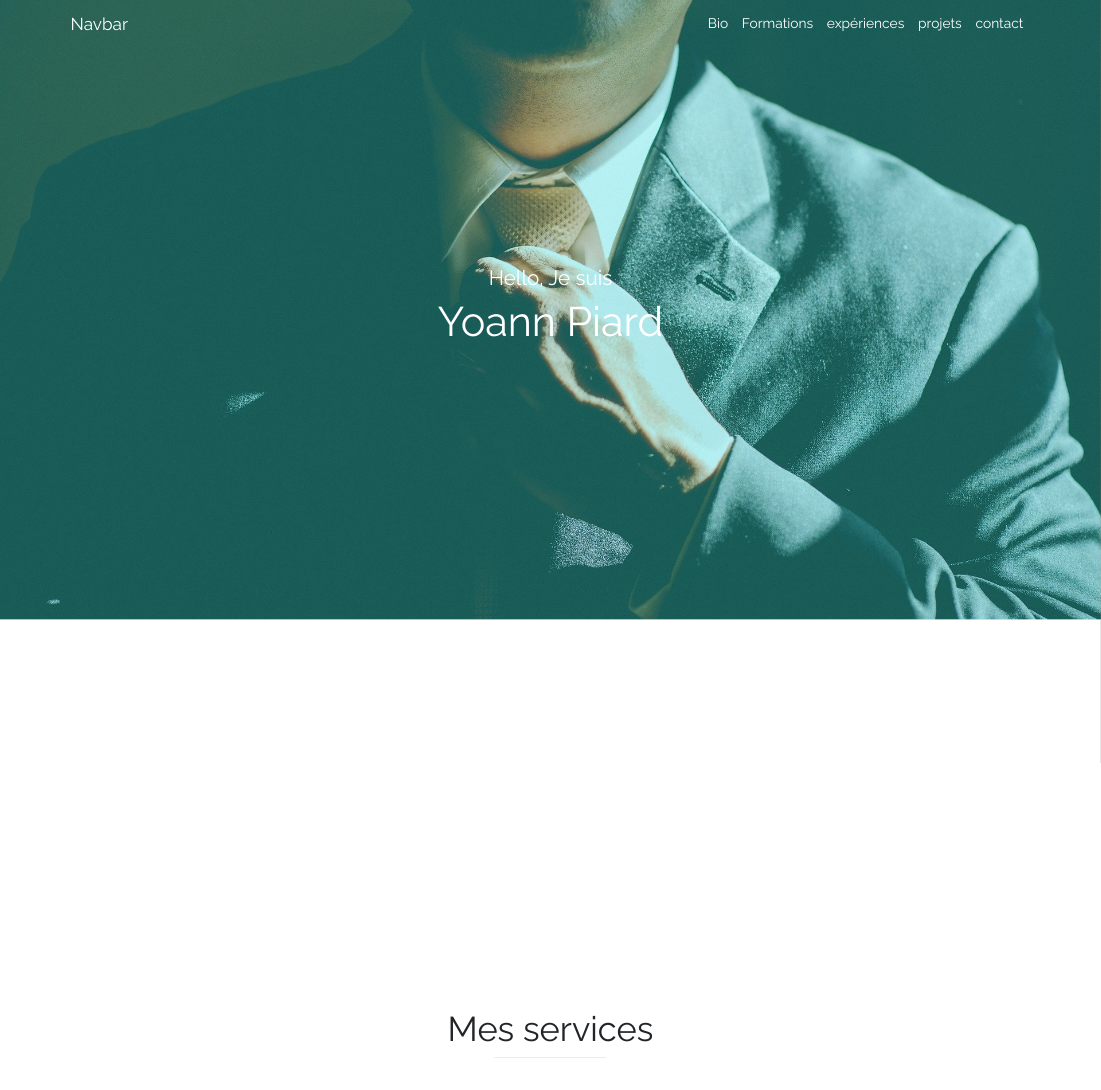
Repository: ypiard85/port-folio-bootstrap-yoann-2021
Page: index.html
An editor plug-in stored every save of this project. The page is shown before and after the next save, followed by the edit.
The browser window is 1280 px wide. The pictures show the whole page, at 86% of full size.

Above is the page before, as saved 2021-03-09 15:21:21.
Console error: TypeError: window.onload is not a function

### index.html
<!DOCTYPE html>
<html lang="en">
  <head>
    <meta charset="UTF-8" />
    <meta http-equiv="X-UA-Compatible" content="IE=edge" />
    <meta name="viewport" content="width=device-width, initial-scale=1.0" />
    <link rel="stylesheet" href="https://use.fontawesome.com/releases/v5.15.2/css/all.css" integrity="sha384-vSIIfh2YWi9wW0r9iZe7RJPrKwp6bG+s9QZMoITbCckVJqGCCRhc+ccxNcdpHuYu" crossorigin="anonymous">    <!-- CSS only -->
    <link rel="stylesheet" href="./resource/style.css" />
    <link
      href="https://cdn.jsdelivr.net/npm/bootstrap@5.0.0-beta2/dist/css/bootstrap.min.css"
      rel="stylesheet"
      integrity="sha384-BmbxuPwQa2lc/FVzBcNJ7UAyJxM6wuqIj61tLrc4wSX0szH/Ev+nYRRuWlolflfl"
      crossorigin="anonymous"
    />
    <title>Document</title>
  </head>
  <body>
    <nav class="navbar position-fixed w-100 navbar-expand-lg navbar-light">
      <div class="container">
        <a class="navbar-brand" href="#">Navbar</a>
        <button
          class="navbar-toggler"
          type="button"
          data-bs-toggle="collapse"
          data-bs-target="#navbarNav"
          aria-controls="navbarNav"
          aria-expanded="false"
          aria-label="Toggle navigation"
        >
          <span class="navbar-toggler-icon"></span>
        </button>
        <div class="collapse navbar-collapse" id="navbarNav">
          <ul class="navbar-nav">
            <li class="nav-item">
              <a class="nav-link active" aria-current="page" href="#bio">Bio</a>
            </li>
            <li class="nav-item">
              <a class="nav-link" href="#formation">Formations</a>
            </li>
            <li class="nav-item">
              <a class="nav-link" href="#experience">expériences</a>
            </li>
            <li class="nav-item">
              <a class="nav-link" href="#projet">projets</a>
            </li>
            <li class="nav-item">
              <a class="nav-link" href="#contact">contact</a>
            </li>
          </ul>
        </div>
      </div>
    </nav>

    <header
      class="container-fluid flex-column
          d-flex align-items-center justify-content-center"
    >
      <h4>Hello, Je suis</h4>
      <h1>Yoann Piard</h1>
    </header>

    <section class="about_me in container">
      <div class="about_card rounded shadow-lg">
        <div class="container">
          <div class="row">
            <div class="col-md-6  col-sm-12 p-3 p-sm-4 align-self-center">
              <h2 class="mb-4" >A propos de moi</h2>
              <p>
                Passionné par l'informatique depuis mon plus jeune âge, je me
                suis tout naturellement orienté vers dans le secteur du
                développement web et logiciel. Depuis 2019, je mets mon savoir
                auprès d'associations et entreprises, les aidant à augmenter
                leurs visibilités sur internet. Aujourd'hui, je cherche à
                intégrer une entreprise afin de travailler sur des projets
                concrets et de monter en compétence.
              </p>
              <ul class="d-flex">
                  <li><a href=""><i class="fab fa-instagram"></i></a></li>
                  <li><a href=""><i class="fab fa-linkedin-in"></i></a></li>
                  <li><a href=""><i class="fab fa-github"></i></a></li>
              </ul>
            </div>
            <div class="col-md-6 col-sm-12 p-3 p-sm-5 d-none d-md-block">
              <img class="img-fluid img-thumbnail" src="./resource/image/yoann_piard.png" alt="" />
            </div>
          </div>
        </div>
      </div>
    </section>

    <section class="my_work">
        <div class="container">
            <h1 class="ttile_section text-center mb-5">Mes services</h1>
        </div>
    </section>

    <!-- JavaScript Bundle with Popper -->
    <script
      src="https://cdn.jsdelivr.net/npm/bootstrap@5.0.0-beta2/dist/js/bootstrap.bundle.min.js"
      integrity="sha384-b5kHyXgcpbZJO/tY9Ul7kGkf1S0CWuKcCD38l8YkeH8z8QjE0GmW1gYU5S9FOnJ0"
      crossorigin="anonymous"
    ></script>
    <script src="https://unpkg.com/scrollreveal"></script>
    <script src="./resource/scrollreveal.js"></script>
    <script src="./resource/app.js"></script>
    <script>window.onload(scrollEffect()) </script>
  </body>
</html>

### resource/style.css
@import url('https://fonts.googleapis.com/css2?family=Raleway&display=swap');

*{
    transition: 0.3s;
}

body{
    font-family: 'Raleway', sans-serif!important;
}


.navbar-collapse{
    flex-grow: 0!important;
}

nav a{
    color: white!important;
}

header{
    height: 100vh;
    background: gray;
    background-image: linear-gradient(90deg, rgba(0,231,249,0.2780462526807598) 100%, rgba(0,4,24,0.4405112386751575) 74%), url('./image/about-section.jpg');
    background-repeat: no-repeat;
    background-size: cover;
    background-position: top center;
    color: white;
}

header h1{
    font-weight: normal;
    font-size: 3em;
}

.about_card{
    margin: auto;
    width: 900px;
    max-width: 100%;
    background-color: white;
}

.about_card a{
    font-family: Arial!important;
}

.about_me h2{
    font-weight: bold;
}

.about_card img{
    width: 100%;
    border-radius: 50%;
}

.about_card ul{
    list-style: none;
    padding: 0;
}

.about_card i{
    font-size: 1em;
    color: black;
}

.about_card{
    line-height: 2em;
}

.about_card li{
    margin-right: 10px;
}

.in{
    transform: translateY(-200px);
}

.ttile_section{
    position: relative;
}

.ttile_section::after{
    content: '';
    position: absolute;
    width: 130px;
    height: 1px;
    background-color: rgb(233, 231, 231);
    bottom: -10px;
    left:0;
    right: 0;
    margin: auto;
}

### resource/scrollreveal.js
function scrollEffect(){


    ScrollReveal().reveal('.about_me', {
        delay: 150,
        duration: 1000,
        reset: true,
        origin: 'bottom',
        distance: '50%'
    });

}

### resource/app.js
ScrollReveal().reveal('.about_me', {
    delay: 250,
    duration: 1000,
    reset: true,
    origin: 'bottom',
    distance: '20%'
});

After the next save:
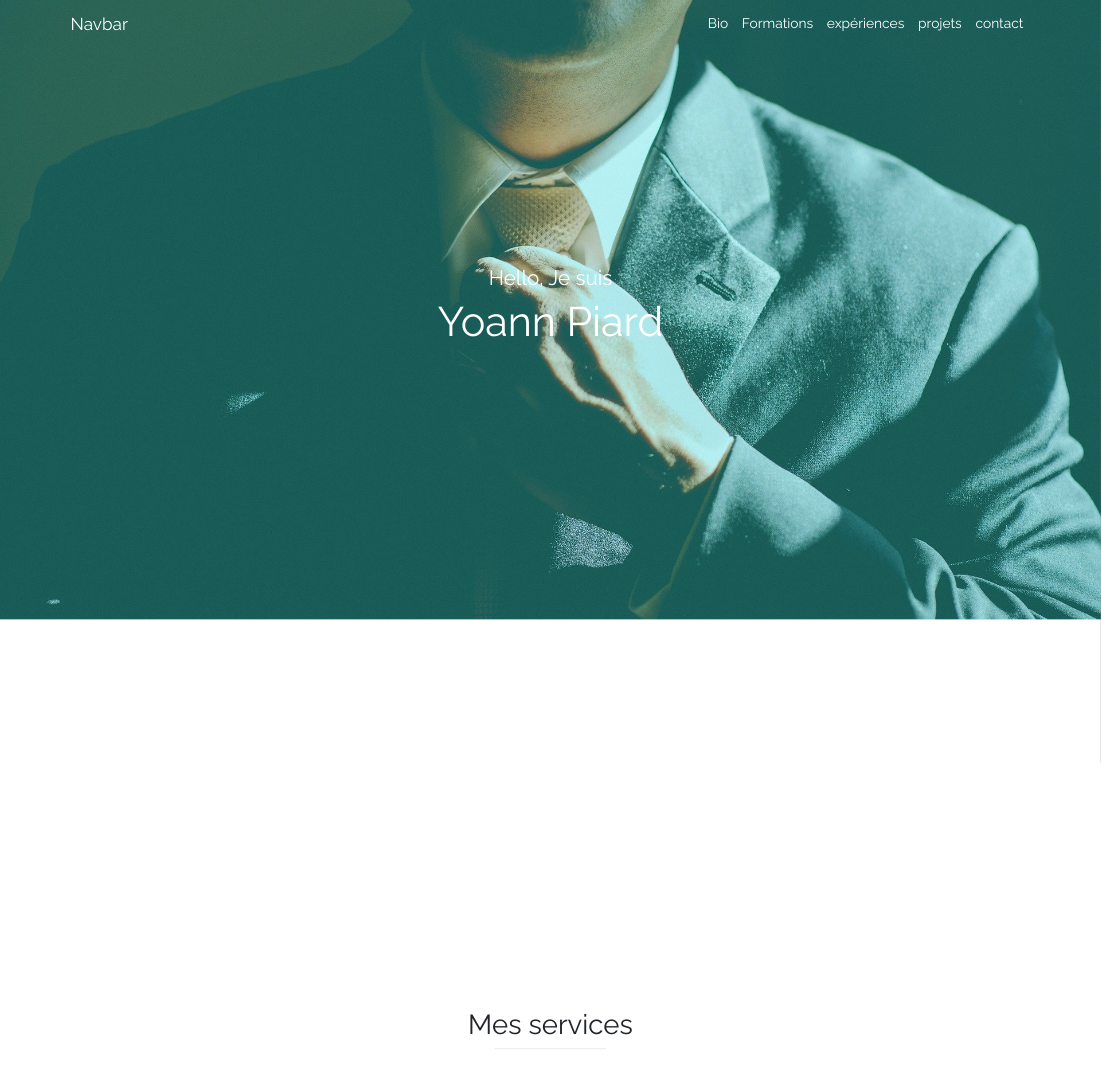
Saved 7 s later.
--- a/index.html
+++ b/index.html
@@ -90,7 +90,7 @@
 
     <section class="my_work">
         <div class="container">
-            <h1 class="ttile_section text-center mb-5">Mes services</h1>
+            <h2 class="ttile_section text-center mb-5">Mes services</h2>
         </div>
     </section>
 
